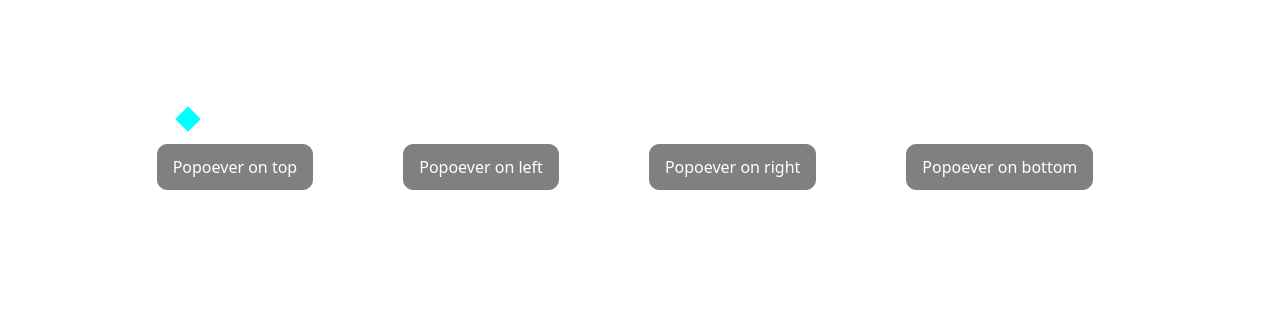
Repository: 1509Long/1509long.github.io
Page: exam.html
The author's editor kept a copy of each file at every save. The page is drawn from the files as they stood at one save, then again after the next save.
The browser window is 1280 px wide. The pictures show the whole page.

Above is the page before, as saved 2022-05-24 21:39:33.

### exam.html
<!DOCTYPE html>
<html lang="en">
  <head>
    <title>Title</title>
    <!-- Required meta tags -->
    <meta charset="utf-8" />
    <meta
      name="viewport"
      content="width=device-width, initial-scale=1, shrink-to-fit=no"
    />

    <!-- Bootstrap CSS v5.0.2 -->
    <link
      rel="stylesheet"
      href="https://cdn.jsdelivr.net/npm/bootstrap@5.0.2/dist/css/bootstrap.min.css"
      integrity="sha384-EVSTQN3/azprG1Anm3QDgpJLIm9Nao0Yz1ztcQTwFspd3yD65VohhpuuCOmLASjC"
      crossorigin="anonymous"
    />
    <style>
      * {
        box-sizing: border-box;
      }
      body {
        margin: 20vh 0;
      }

      .toggle-top,
      .toggle-bottom,
      .toggle-left,
      .toggle-right {
        visibility: hidden;
      }

      #button {
        color: #fff;
        background-color: grey;
        padding: 10px 15px;
        border: 1px solid grey;
        border-radius: 10px;
        margin-right: 30px;
      }

      .box {
        padding: 20px;
        border: 2px solid rgb(39, 236, 236);
        border-radius: 10px;
      }

      .boxA {
        position: absolute;
        top: -80px;
        left: 0;
        z-index: 1000;
        background-color: aqua;
      }

      .boxD {
        position: absolute;
        top: 60px;
        left: 0;
        z-index: 1000;
        background-color: aqua;
      }

      .boxB {
        position: absolute;
        top: 0;
        left: -140px;
        z-index: 1000;
        background-color: aqua;
      }

      .boxC {
        position: absolute;
        top: 0;
        left: 170px;
        z-index: 1000;
        background-color: aqua;
      }

      #right {
        width: 160px;
      }

      .box1,
      .box2,
      .box3,
      .box4 {
        position: relative;
        margin: 0 30px;
      }

      #arrow,
#arrow::before {
  position: absolute;
  width: 18px;
  height: 18px;
  background: inherit;
}

#arrow {
  visibility: hidden;
}

#arrow::before {
  visibility: visible;
  content: '';
  transform: rotate(45deg);
}
    </style>
  </head>
  <body>
    <div class="d-flex justify-content-center">
      <div class="box1">
        <button id="button" onclick="boxA()">Popoever on top</button>
        <div class="toggle-top box boxA" id="top">Top popoever
          <div id="arrow" data-popper-arrow></div>
        </div>
      </div>

      <div class="box3">
        <button id="button" onclick="boxC()">Popoever on left</button>
        <div class="toggle-left box boxB" id="left">Left popover</div>
      </div>

      <div class="box4">
        <button id="button" onclick="boxD()">Popoever on right</button>
        <div class="toggle-right box boxC" id="right">Right popover</div>
      </div>

      <div class="box2">
        <button id="button" onclick="boxB()">Popoever on bottom</button>
        <div class="toggle-bottom box boxD" id="bottom">Bottom popover</div>
      </div>
    </div>

    <!-- Bootstrap JavaScript Libraries -->
    <script src="https://unpkg.com/@popperjs/core@2"></script>
    <script
      src="https://cdn.jsdelivr.net/npm/@popperjs/core@2.9.2/dist/umd/popper.min.js"
      integrity="sha384-IQsoLXl5PILFhosVNubq5LC7Qb9DXgDA9i+tQ8Zj3iwWAwPtgFTxbJ8NT4GN1R8p"
      crossorigin="anonymous"
    ></script>
    <script
      src="https://cdn.jsdelivr.net/npm/bootstrap@5.0.2/dist/js/bootstrap.min.js"
      integrity="sha384-cVKIPhGWiC2Al4u+LWgxfKTRIcfu0JTxR+EQDz/bgldoEyl4H0zUF0QKbrJ0EcQF"
      crossorigin="anonymous"
    ></script>

    <script>
      function boxA() {
        let click = document.getElementById("top");
        console.log(click);
        click.classList.toggle("toggle-top");
      }

      function boxB() {
        let click = document.getElementById("bottom");
        console.log(click);
        click.classList.toggle("toggle-bottom");
      }

      function boxC() {
        let click = document.getElementById("left");
        console.log(click);
        click.classList.toggle("toggle-left");
      }

      function boxD() {
        let click = document.getElementById("right");
        console.log(click);
        click.classList.toggle("toggle-right");
      }
    </script>
  </body>
</html>

After the next save:
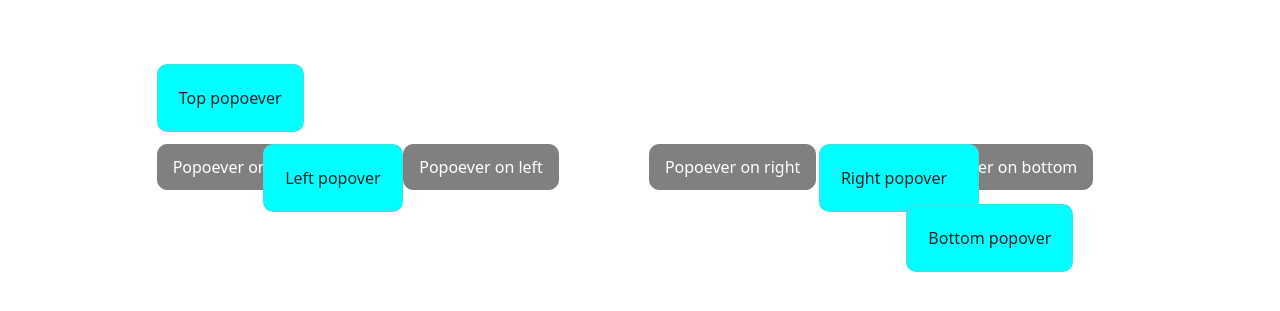
Saved 19 s later.
--- a/exam.html
+++ b/exam.html
@@ -24,12 +24,12 @@
         margin: 20vh 0;
       }
 
-      .toggle-top,
+      /* .toggle-top,
       .toggle-bottom,
       .toggle-left,
       .toggle-right {
         visibility: hidden;
-      }
+      } */
 
       #button {
         color: #fff;
